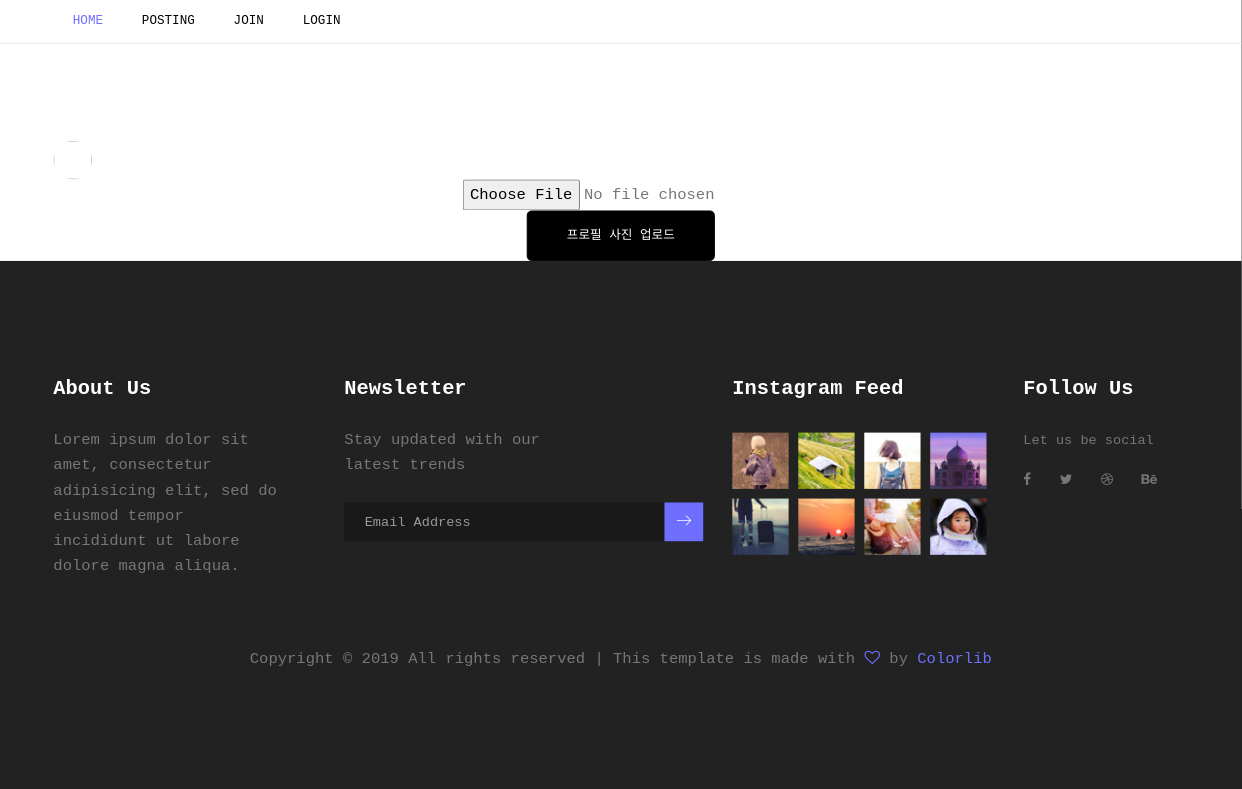
Repository: cwj2306/blog_project_2
Page: http://localhost/blog/user/userProfileForm.jsp
These files come from the project's save history. The page is drawn as it stood at one moment and after the next save; the edit follows.
The browser window is 1280 px wide. The pictures show the whole page, at 97% of full size.
Some web fonts or font styles are not loaded; a fallback is used. The page is served by Tomcat 9. Other server files are loaded and not shown.

Above is the page before, as saved 2019-11-12 06:28:25.

### blog/WebContent/user/userProfileForm.jsp
<%@ page language="java" contentType="text/html; charset=UTF-8" pageEncoding="UTF-8"%>
<%@ include file="/include/nav.jsp"%>

<section class="contact_area">
	<div class="container">
		<div class="row">
			<div class="col-lg-12">

				<!--
				<div class="col-md-12">
					<div class="form-group">
						<input type="password" class="form-control" id="password" name="password" placeholder="비밀번호" required="required" maxlength="20">
					</div>
				</div>
				-->

				<div>
					<img id="img__wrap" width="40px" height="40px" style="border-radius: 50%;"/>
				</div>

				<!-- enctype는 mime타입에서 찾아봐서 써주자 -->
				<form action="/blog/user?cmd=uploadProfileImg" method="POST" enctype="multipart/form-data">
					<div class="col-md-12 text-center">
						<input id="img__input" type="file" name="userProfile" /><br />
						<input type="submit" class="btn submit_btn" value="프로필 사진 업로드" />
					</div>
				</form>

				<script src="/blog/js/jquery-3.2.1.min.js"></script>
				<script>
					$("#img__input").on("change", handleImgFile);

					function handleImgFile(e) {

						var f = e.target.files[0];

						if (f.type.match("image.*")) {
							var reader = new FileReader();

							reader.onload = function(e) {
								console.log(e.target.result);
								$("#img__wrap").attr("src", e.target.result);
							}

							reader.readAsDataURL(f);
						} else {
							alert("이미지 파일이 아닙니다.");
							$("#img__wrap").attr("src", "");
						}

					}
				</script>

				</form>

			</div>
		</div>
	</div>
</section>

<%@ include file="/include/footer.jsp"%>

### blog/WebContent/include/nav.jsp
<%@ page language="java" contentType="text/html; charset=UTF-8" pageEncoding="UTF-8"%>
<%@ taglib prefix="c" uri="http://java.sun.com/jsp/jstl/core" %>

<!doctype html>
<html lang="en">
    <head>
        <!-- Required meta tags -->
        <meta charset="utf-8">
        <meta name="viewport" content="width=device-width, initial-scale=1, shrink-to-fit=no">
        <link rel="icon" href="/blog/img/favicon.png" type="image/png">
        <title>Opium Blog</title>
        <!-- Bootstrap CSS -->
        <link rel="stylesheet" href="/blog/css/bootstrap.css">
        <link rel="stylesheet" href="/blog/vendors/linericon/style.css">
        <link rel="stylesheet" href="/blog/css/font-awesome.min.css">
        <link rel="stylesheet" href="/blog/vendors/owl-carousel/owl.carousel.min.css">
        <link rel="stylesheet" href="/blog/vendors/lightbox/simpleLightbox.css">
        <link rel="stylesheet" href="/blog/vendors/nice-select/css/nice-select.css">
        <link rel="stylesheet" href="/blog/vendors/animate-css/animate.css">
        <link rel="stylesheet" href="/blog/vendors/jquery-ui/jquery-ui.css">
        <!-- main css -->
        <link rel="stylesheet" href="/blog/css/style.css">
        <link rel="stylesheet" href="/blog/css/responsive.css">
    </head>
    <body>

        <!--================Header Menu Area =================-->
        <header class="header_area">
			<div class="main_menu">
				<nav class="navbar navbar-expand-lg navbar-light">
					<div class="container box_1620">
						<!-- Brand and toggle get grouped for better mobile display -->
						<a class="navbar-brand logo_h" href="#"><img src="/blog/img/logo.png" alt=""></a>
						<button class="navbar-toggler" type="button" data-toggle="collapse" data-target="#navbarSupportedContent" aria-controls="navbarSupportedContent" aria-expanded="false" aria-label="Toggle navigation">
							<span class="icon-bar"></span>
							<span class="icon-bar"></span>
							<span class="icon-bar"></span>
						</button>

						<!-- Collect the nav links, forms, and other content for toggling -->
						<div class="collapse navbar-collapse offset" id="navbarSupportedContent">
							<ul class="nav navbar-nav menu_nav">
								<li class="nav-item active"><a class="nav-link" href="/blog/index.jsp">Home</a></li>
								<li class="nav-item"><a class="nav-link" href="/blog/board/write.jsp">Posting</a></li>

								<c:choose>
									<c:when test="${empty sessionScope.user}">
										<li class="nav-item"><a class="nav-link" href="/blog/user/join.jsp">Join</a></li>
										<li class="nav-item"><a class="nav-link" href="/blog/user/login.jsp">Login</a></li>
									</c:when>
									<c:otherwise>
										<li class="nav-item"><a class="nav-link" href="/blog/user/update.jsp">Profile</a></li>
										<li class="nav-item"><a class="nav-link" href="/blog/user?cmd=logout">Logout</a></li>
									</c:otherwise>
								</c:choose>

							</ul>
							<ul class="nav navbar-nav navbar-right header_social ml-auto">
								<!--
								<li class="nav-item"><a href="#"><i class="fa fa-facebook"></i></a></li>
								<li class="nav-item"><a href="#"><i class="fa fa-twitter"></i></a></li>
								<li class="nav-item"><a href="#"><i class="fa fa-dribbble"></i></a></li>
								<li class="nav-item"><a href="#"><i class="fa fa-behance"></i></a></li>
								 -->
								 <c:if test="${not empty sessionScope.user}">
								 	<a href="/blog/user/userProfileForm.jsp"><img src = "${sessionScope.user.userProfile}" width="40px" height="40px" style="border-radius: 50%;"/></a>
								 </c:if>

							</ul>
						</div>
					</div>
				</nav>
			</div>
        </header>
        <!--================Header Menu Area =================-->

### blog/WebContent/include/footer.jsp
<%@ page language="java" contentType="text/html; charset=UTF-8" pageEncoding="UTF-8"%>
<!--================ start footer Area  =================-->
<footer class="footer-area p_120">
	<div class="container">
		<div class="row">
			<div class="col-lg-3  col-md-6 col-sm-6">
				<div class="single-footer-widget">
					<h6 class="footer_title">About Us</h6>
					<p>Lorem ipsum dolor sit amet, consectetur adipisicing elit, sed do eiusmod tempor incididunt ut labore dolore magna aliqua.</p>
				</div>
			</div>
			<div class="col-lg-4 col-md-6 col-sm-6">
				<div class="single-footer-widget">
					<h6 class="footer_title">Newsletter</h6>
					<p>Stay updated with our latest trends</p>
					<div id="mc_embed_signup">
						<form target="_blank" action="https://spondonit.us12.list-manage.com/subscribe/post?u=1462626880ade1ac87bd9c93a&amp;id=92a4423d01" method="get" class="subscribe_form relative">
							<div class="input-group d-flex flex-row">
								<input name="EMAIL" placeholder="Email Address" onfocus="this.placeholder = ''" onblur="this.placeholder = 'Email Address '" required="" type="email">
								<button class="btn sub-btn">
									<span class="lnr lnr-arrow-right"></span>
								</button>
							</div>
							<div class="mt-10 info"></div>
						</form>
					</div>
				</div>
			</div>
			<div class="col-lg-3 col-md-6 col-sm-6">
				<div class="single-footer-widget instafeed">
					<h6 class="footer_title">Instagram Feed</h6>
					<ul class="list instafeed d-flex flex-wrap">
						<li><img src="/blog/img/instagram/Image-01.jpg" alt=""></li>
						<li><img src="/blog/img/instagram/Image-02.jpg" alt=""></li>
						<li><img src="/blog/img/instagram/Image-03.jpg" alt=""></li>
						<li><img src="/blog/img/instagram/Image-04.jpg" alt=""></li>
						<li><img src="/blog/img/instagram/Image-05.jpg" alt=""></li>
						<li><img src="/blog/img/instagram/Image-06.jpg" alt=""></li>
						<li><img src="/blog/img/instagram/Image-07.jpg" alt=""></li>
						<li><img src="/blog/img/instagram/Image-08.jpg" alt=""></li>
					</ul>
				</div>
			</div>
			<div class="col-lg-2 col-md-6 col-sm-6">
				<div class="single-footer-widget f_social_wd">
					<h6 class="footer_title">Follow Us</h6>
					<p>Let us be social</p>
					<div class="f_social">
						<a href="#"><i class="fa fa-facebook"></i></a>
						<a href="#"><i class="fa fa-twitter"></i></a>
						<a href="#"><i class="fa fa-dribbble"></i></a>
						<a href="#"><i class="fa fa-behance"></i></a>
					</div>
				</div>
			</div>
		</div>
		<div class="row footer-bottom d-flex justify-content-between align-items-center">
			<p class="col-lg-12 footer-text text-center">
				<!-- Link back to Colorlib can't be removed. Template is licensed under CC BY 3.0. -->
				Copyright &copy;
				<script>document.write(new Date().getFullYear());</script>
				All rights reserved | This template is made with <i class="fa fa-heart-o" aria-hidden="true"></i> by <a href="https://colorlib.com" target="_blank">Colorlib</a>
				<!-- Link back to Colorlib can't be removed. Template is licensed under CC BY 3.0. -->
			</p>
		</div>
	</div>
</footer>
<!--================ End footer Area  =================-->




<!-- Optional JavaScript -->
<!-- jQuery first, then Popper.js, then Bootstrap JS -->
<script src="/blog/js/jquery-3.2.1.min.js"></script>
<script src="/blog/js/popper.js"></script>
<script src="/blog/js/bootstrap.min.js"></script>
<script src="/blog/js/stellar.js"></script>
<script src="/blog/vendors/lightbox/simpleLightbox.min.js"></script>
<script src="/blog/vendors/nice-select/js/jquery.nice-select.min.js"></script>
<script src="/blog/vendors/isotope/imagesloaded.pkgd.min.js"></script>
<script src="/blog/vendors/isotope/isotope-min.js"></script>
<script src="/blog/vendors/owl-carousel/owl.carousel.min.js"></script>
<script src="/blog/vendors/jquery-ui/jquery-ui.js"></script>
<script src="/blog/js/jquery.ajaxchimp.min.js"></script>
<script src="/blog/js/mail-script.js"></script>
<script src="/blog/js/theme.js"></script>

</body>
</html>

### blog/WebContent/css/responsive.css
@media (max-width:1619px){
	/* Main Menu Area css
	============================================================================================ */
   .header_area .navbar .search {
		margin-left: 40px;
	}
	/* End Main Menu Area css
	============================================================================================ */
	.home_banner_area .blog_text_slider .owl-prev, .home_banner_area .blog_text_slider .owl-next {
		right: 0px;
		font-size: 30px;
	}
}
@media (max-width:1199px){
	/* Main Menu Area css
	============================================================================================ */
	.header_area + section, .header_area + div {
		margin-top: 143px;
	}
	.top_menu .container{
		display: block;
	}
	/* End Main Menu Area css
	============================================================================================ */
	/* Home Banner Area css
	============================================================================================ */
	.home_banner_area {
		min-height: 700px;
	}
	/* End Home Banner Area css
	============================================================================================ */
	.home_banner_area {
		background-size: cover;
	}
	.blog_text {
		padding: 65px 65px 65px 65px;
	}
	.banner_area {
		background-size: cover;
	}
	.blog_style1 .blog_text {
		padding-left: 15px;
		padding-right: 15px;
		padding-top: 0px;
		padding-bottom: 0px;
	}
}

@media (max-width:991px){
	/* Main Menu Area css
	============================================================================================ */
	.logo_part {
		display: none;
	}
    .navbar-toggler {
        border: none;
        border-radius: 0px;
        padding: 0px;
        cursor: pointer;
        margin-top: 27px;
        margin-bottom: 23px;
		float: right;
    }
	.header_area .navbar {
		background: #fff;
	}
    .navbar-toggler[aria-expanded="false"] span:nth-child(2) {
		opacity: 1;
	}
	.navbar-toggler[aria-expanded="true"] span:nth-child(2) {
		opacity: 0;
	}
	.navbar-toggler[aria-expanded="true"] span:first-child {
		transform: rotate(-45deg);
		position: relative;
		top: 7.5px;
	}
	.navbar-toggler[aria-expanded="true"] span:last-child {
		transform: rotate(45deg);
		bottom: 6px;
		position: relative;
	}
	.navbar-toggler span{
		display: block;
		width: 25px;
		height: 3px;
		background: #000;
		margin: auto;
		margin-bottom: 4px;
		transition: all 400ms linear;
		cursor: pointer;
	}
    .navbar .container{
        padding-left: 15px;
        padding-right: 15px;
    }
    .nav{
        padding: 0px 0px;
    }
	.header_area + section, .header_area + row, .header_area + div {
		margin-top: 117px;
	}
    .header_top .nav{
        padding: 0px;
    }
    .header_area .navbar .nav .nav-item .nav-link{
        line-height: 40px;
        margin-right: 0px;
        display: block;
		border-bottom: 1px solid #ededed33;
		border-radius: 0px;
    }
    .header_area .navbar .search{
        margin-left: 0px;
    }
	.header_area .navbar-collapse{
		max-height: 340px;
		overflow-y: scroll;
	}
	.header_area .navbar .nav .nav-item.submenu ul .nav-item .nav-link {
		padding: 0px 15px;
	}
	.header_area .navbar .nav .nav-item {
		margin-right: 0px;
	}
	.header_area + section, .header_area + row, .header_area + div {
		margin-top: 71px;
	}
	.main_menu .navbar .container_inner {
		display: block;
	}
	.main_menu .navbar .navbar-brand {
		display: inline-block;
		padding-top: 11px;
		width: 173px;
	}
	.main_menu .navbar .navbar-brand img {
		width: 100%;
	}
	/* End Main Menu Area css
	============================================================================================ */

	/* Contact Page Area css
	============================================================================================ */
	.contact_info{
		margin-bottom: 50px;
	}
	/* End Contact page Area css
	============================================================================================ */
	.home_banner_area .donation_inner{
		margin-bottom: -30px;
	}
	.single-footer-widget{
		margin-bottom: 30px;
	}
	.footer-area .row{
		margin-bottom: -30px;
	}
	/* Footer Area css
	============================================================================================ */
	/* End End Footer Area css
	============================================================================================ */
	.home_banner_area {
		background-size: cover;
		margin-bottom: 0px;
	}
	/* Extra header Area css
	============================================================================================ */
	/* End Extra header Area css
	============================================================================================ */

	.nav.navbar-nav.navbar-right.header_social{
		display: none;
	}

}
@media (max-width:767px){
	.home_banner_area {
		min-height: 500px;
	}
	.home_banner_area .banner_inner {
		min-height: 500px;
	}
	.home_banner_area .banner_inner .banner_content {
		margin-top: 0px;
	}
	/* Blog Page Area css
	============================================================================================ */
    .blog_banner .banner_inner .blog_b_text h2 {
		font-size: 40px;
		line-height: 50px;
	}
	.blog_info.text-right{
		text-align: left !important;
		margin-bottom: 10px;
	}
	/* End Blog Page Area css
	============================================================================================ */
	.home_banner_area .banner_inner .banner_content h3 {
		font-size: 30px;
	}
	.home_banner_area .banner_inner .banner_content p br {
		display: none;
	}
	/* Footer Area css
	============================================================================================ */
	.footer-bottom .footer-text{
		text-align: center;
	}
	.footer-bottom .footer-social {
		text-align: center;
		margin-bottom: 20px;
	}
	/* End End Footer Area css
	============================================================================================ */
	.blog_style1.small .blog_img img{
		width: 100%;
	}
}
@media (max-width:575px){

	.header_area + section, .header_area + row, .header_area + div {
		margin-top: 71px;
	}
	.top_menu {
		display: none;
	}

    /* Home Banner Area css
	============================================================================================ */
	.home_banner_area .banner_inner .banner_content h2 {
		font-size: 28px;
	}
	.home_banner_area {
		min-height: 500px;
	}
	.home_banner_area .banner_inner {
		min-height: 500px;
	}
	.blog_banner .banner_inner .blog_b_text {
		margin-top: 0px;
	}
	.home_banner_area .banner_inner .banner_content img{
		display: none;
	}
	.home_banner_area .banner_inner .banner_content h5 {
		margin-top: 0px;
	}
	.home_banner_area .banner_inner .banner_content .date a {
		margin-right: 8px;
	}
	/* End Home Banner Area css
	============================================================================================ */
	.p_120 {
		padding-top: 70px;
		padding-bottom: 70px;
	}
	.main_title h2 {
		font-size: 25px;
	}
	/* Elements Area css
	============================================================================================ */
	.sample-text-area {
		padding: 70px 0 70px 0;
	}
	/* End Elements Area css
	============================================================================================ */

	/* Blog Page Area css
	============================================================================================ */
	.blog_details h2 {
		font-size: 20px;
		line-height: 30px;
	}
	.blog_banner .banner_inner .blog_b_text h2 {
		font-size: 28px;
		line-height: 38px;
	}
	.banner_area .banner_inner .banner_content {
		margin-top: 0px;
	}
	/* End Blog Page Area css
	============================================================================================ */
	/* Footer Area css
	============================================================================================ */
	/* End End Footer Area css
	============================================================================================ */
	.pad_top {
		padding-top: 70px;
	}
	.mt-100 {
		margin-top: 50px;
	}
	.single-footer-widget p {
		max-width: 100%;
	}
	.p_100 {
		padding-top: 70px;
		padding-bottom: 70px;
	}
	.blog_style1 .blog_text .blog_text_inner {
		margin-top: 0px;
	}
	.blog_style1 .blog_text {
		padding-left: 0px;
		padding-right: 0px;
		padding-top: 0px;
		padding-bottom: 0px;
	}
	.blog_text .cat a {
		margin-right: 5px;
	}
	.blog_text .cat .cat_btn {
		display: block;
		width: 86px;
		margin-bottom: 10px;
	}
}

@media (max-width:480px){
	/* Main Menu Area css
	============================================================================================ */
	.header_area .navbar-collapse{
		max-height: 250px;
	}
	/* End Main Menu Area css
	============================================================================================ */

	/* Home Banner Area css
	============================================================================================ */
    .home_banner_area .banner_inner .banner_content {
		padding: 30px 15px;
		margin-top: 0px;
	}
	.banner_content .white_btn {
		display: block;
	}
	.home_banner_area .banner_inner .banner_content h3 {
		font-size: 24px;
	}
	.home_banner_area .carousel .carousel-indicators {
		bottom: -50px;
		z-index: 20;
	}
	/* End Home Banner Area css
	============================================================================================ */
	.banner_area .banner_inner .banner_content h2 {
		font-size: 32px;
	}
	/* Blog Page Area css
	============================================================================================ */
	.comments-area .thumb {
		margin-right: 10px;
	}

	/* End Blog Page Area css
	============================================================================================ */
	.home_banner_area .blog_text_slider .owl-prev {
		top: auto;
		bottom: 110px;
		transform: translateY(-0%);
		left: 10px;
	}
	.home_banner_area .blog_text_slider .owl-next {
		top: auto;
		bottom: 110px;
		right: 10px;
		transform: translateY(-0%);
	}
	.blog_text {
		padding: 60px 20px;
	}
}

Loaded but not shown: blog/WebContent/css/bootstrap.css (library); blog/WebContent/vendors/linericon/style.css (library); blog/WebContent/css/font-awesome.min.css (library); blog/WebContent/vendors/owl-carousel/owl.carousel.min.css (common file); blog/WebContent/vendors/lightbox/simpleLightbox.css (library); blog/WebContent/vendors/nice-select/css/nice-select.css (library); blog/WebContent/vendors/animate-css/animate.css (library); blog/WebContent/vendors/jquery-ui/jquery-ui.css (library); blog/WebContent/js/jquery-3.2.1.min.js (library); blog/WebContent/js/popper.js (library); blog/WebContent/js/bootstrap.min.js (library); blog/WebContent/js/stellar.js (library); blog/WebContent/vendors/lightbox/simpleLightbox.min.js (library); blog/WebContent/vendors/nice-select/js/jquery.nice-select.min.js (common file); blog/WebContent/vendors/isotope/imagesloaded.pkgd.min.js (library); blog/WebContent/vendors/isotope/isotope-min.js (library); blog/WebContent/vendors/owl-carousel/owl.carousel.min.js (library); blog/WebContent/vendors/jquery-ui/jquery-ui.js (library); blog/WebContent/js/jquery.ajaxchimp.min.js (library); blog/WebContent/js/theme.js (283 lines, source omitted); blog/WebContent/js/mail-script.js (31 lines, source omitted); blog/WebContent/css/style.css (3904 lines, source omitted)

After the next save:
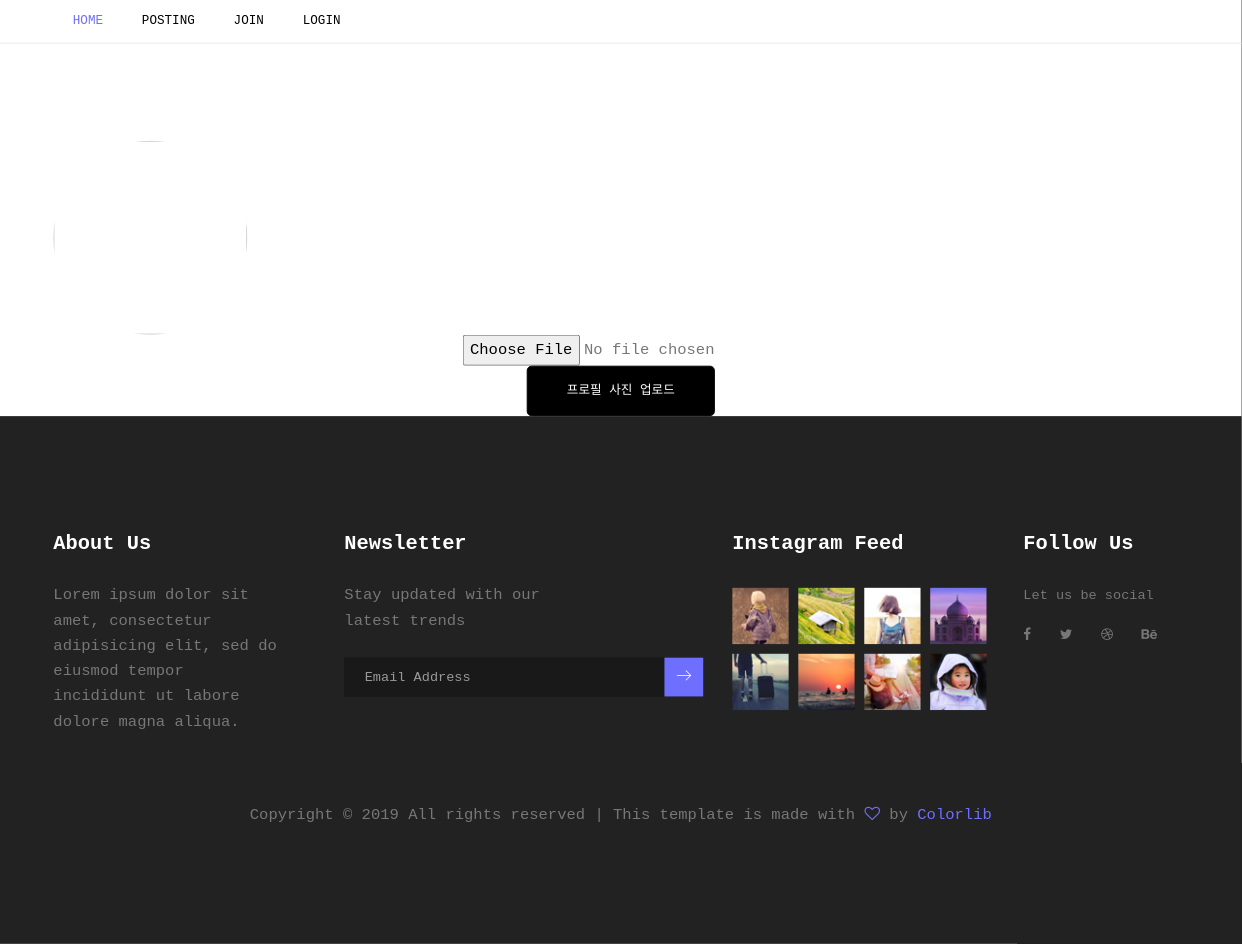
Saved 5 s later.
--- a/blog/WebContent/user/userProfileForm.jsp
+++ b/blog/WebContent/user/userProfileForm.jsp
@@ -15,7 +15,7 @@
 				-->
 
 				<div>
-					<img id="img__wrap" width="40px" height="40px" style="border-radius: 50%;"/>
+					<img id="img__wrap" width="200px" height="200px" style="border-radius: 50%;"/>
 				</div>
 
 				<!-- enctype는 mime타입에서 찾아봐서 써주자 -->
